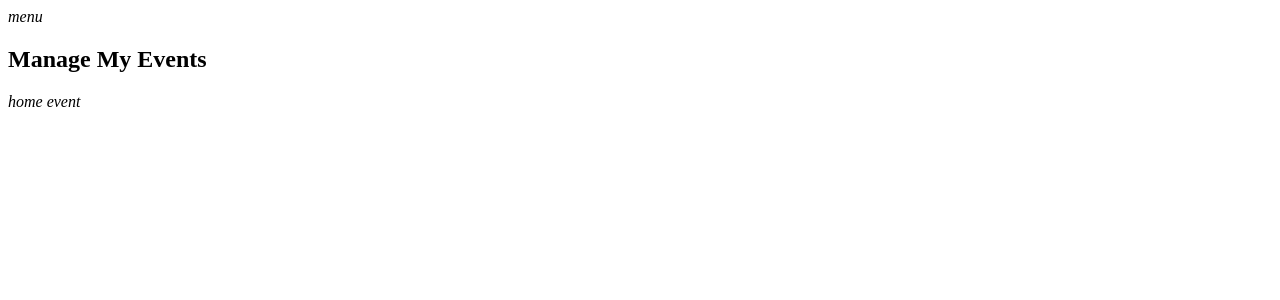
Repository: ktnrn/manage-my-events
Page: app/src/dashboard/dashboard.html
These files come from the project's save history. The page is drawn as it stood at one moment and after the next save; the edit follows.
The browser window is 1280 px wide. The pictures show the whole page.

Above is the page before, as saved 2017-10-01 17:11:50.

After the next save:
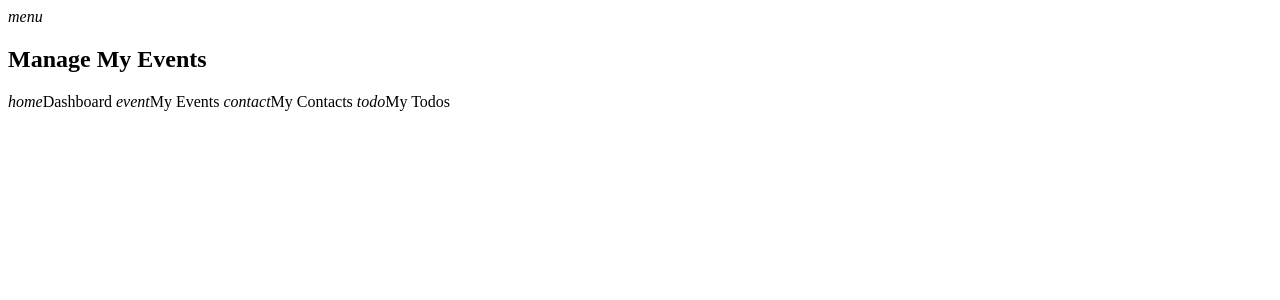
Saved 53 s later.
--- a/app/src/dashboard/dashboard.html
+++ b/app/src/dashboard/dashboard.html
@@ -10,10 +10,16 @@
         <md-sidenav>
             <md-list flex>
                     <md-list-item>
-                            <i class="material-icons">home</i>
+                            <i class="material-icons">home</i>Dashboard
                     </md-list-item>
                     <md-list-item>
-                            <i class="material-icons">event</i>
+                            <i class="material-icons">event</i>My Events
+                    </md-list-item>
+                    <md-list-item>
+                            <i class="material-icons">contact</i>My Contacts
+                    </md-list-item>
+                    <md-list-item>
+                            <i class="material-icons">todo</i>My Todos
                     </md-list-item>
             </md-list>
         </md-sidenav>
